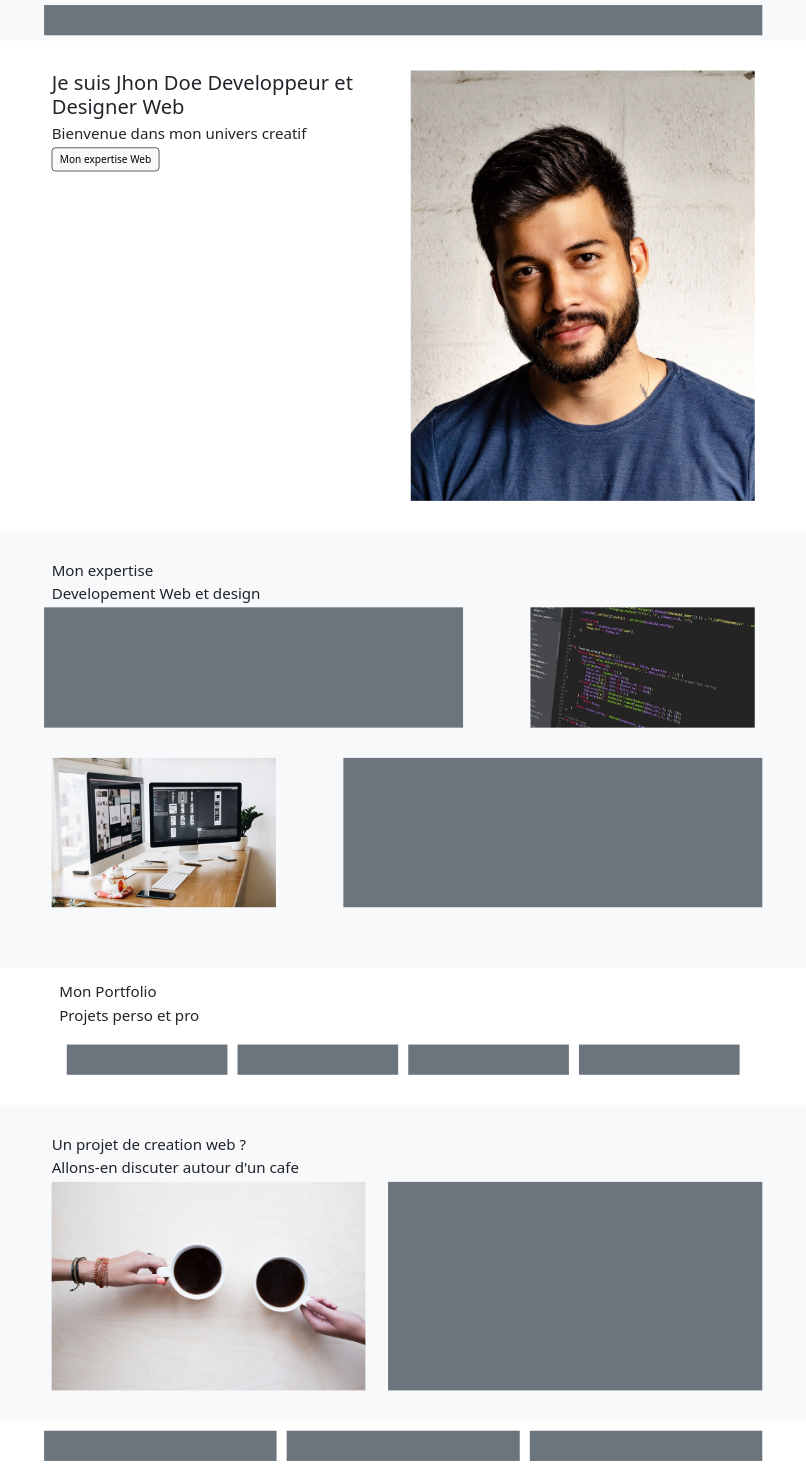
Repository: wadelfadill/Bootstrap_tache_1_portfolio
Page: index.html
These files come from the project's save history. The page is drawn as it stood at one moment and after the next save; the edit follows.
The browser window is 1280 px wide. The pictures show the whole page, at 63% of full size.

Above is the page before, as saved 2023-03-28 10:37:38.

After the next save:
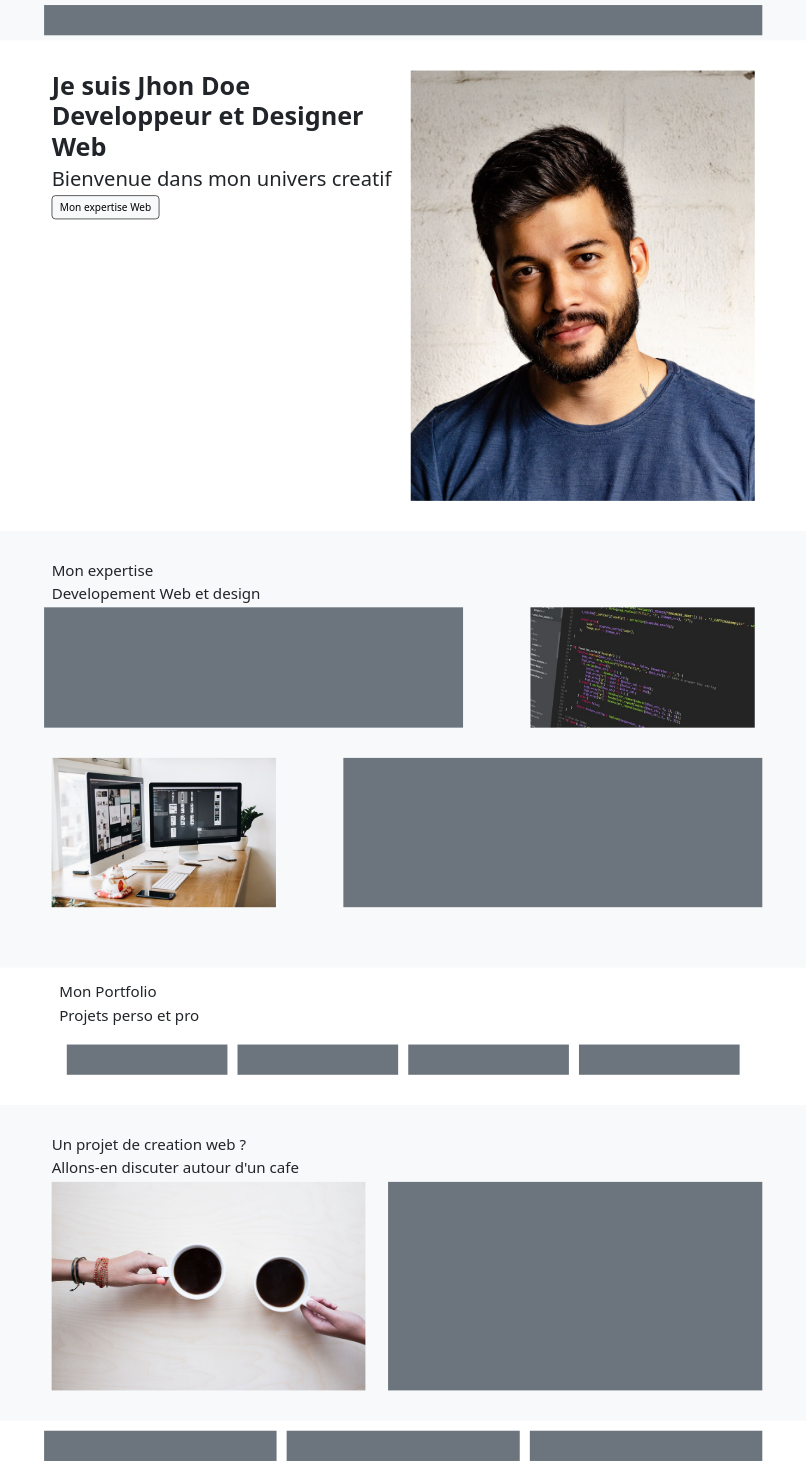
Saved 19 min 28 s later.
--- a/index.html
+++ b/index.html
@@ -21,8 +21,8 @@
             <div class="container">
                 <div class="row gy-4 gy-md-0">
                     <div class="col-12 col-md-6">
-                        <p class="h2">Je suis Jhon Doe Developpeur et Designer Web</p>
-                        <p class="h4">Bienvenue dans mon univers creatif</p>
+                        <p class="h1 fw-bold">Je suis Jhon Doe Developpeur et Designer Web</p>
+                        <p class="h2 fw-light">Bienvenue dans mon univers creatif</p>
                         <a class="btn btn-light border-black" href="#" role="button">Mon expertise Web</a>
 
                     </div>
